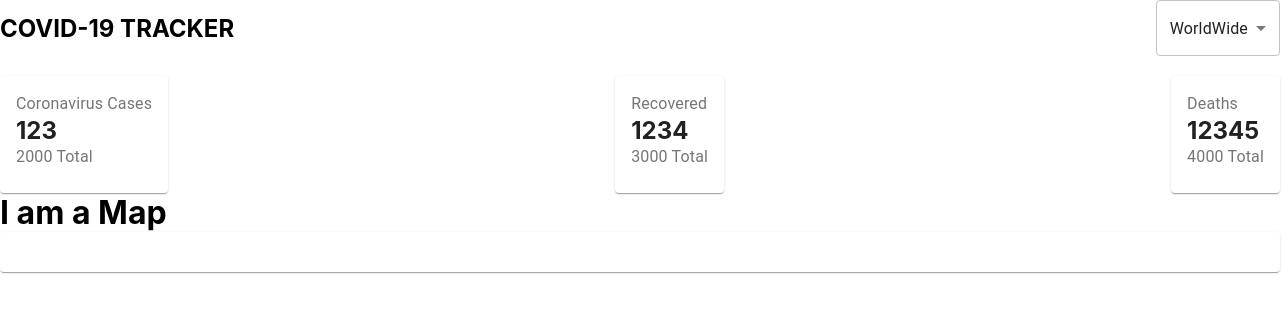
Repository: exiled-kal/2OnProcess
Page: /
The author's editor kept a copy of each file at every save. The page is drawn from the files as they stood at one save, then again after a run of saves.
The browser window is 1280 px wide. The page is 1288 px wide, so the pictures cover 1288 px, including what lies to the right of the window. The pictures show the whole page.
The page's requests for data from a server got no answer. The project was rebuilt for these pictures with package versions that can differ from the ones it lists, and the page was loaded fresh each time. No one was signed in, and anything a server would have sent is missing.

Above is the page before, as saved 2020-08-17 16:03:06.

After the next 5 saves:
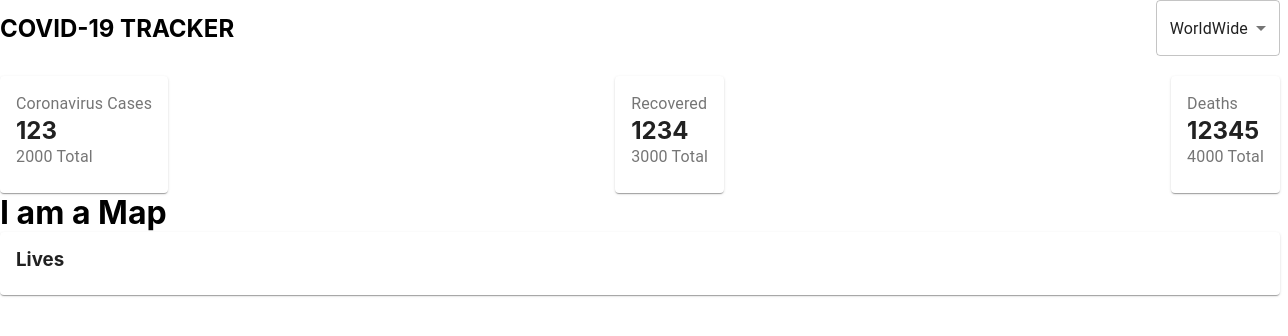
The 5 saves are shown as one change because they came seconds apart.
The last was saved 20 s later.
--- a/src/App.js
+++ b/src/App.js
@@ -66,7 +66,9 @@ function App() {
         <Map />
       </div>
       <Card className="app__right">
-        <CardContent></CardContent>
+        <CardContent>
+          <h3>Lives </h3>
+        </CardContent>
       </Card>
     </div>
   );
